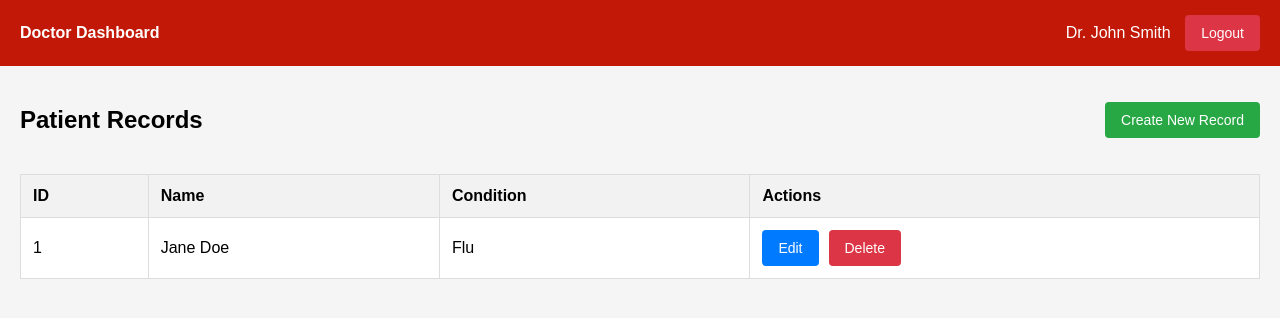
Repository: BinuriJ/HospitalSystem
Page: http://localhost/CyborgSys/DoctorDashboard.jsp
The author's editor kept a copy of each file at every save. The page is drawn from the files as they stood at one save, then again after a run of saves.
The browser window is 1280 px wide. The pictures show the whole page.
The page is served by Tomcat 9.

Above is the page before, as saved 2025-05-09 16:57:51.

### CyborgSys/WebContent/DoctorDashboard.jsp
<%@ page language="java" contentType="text/html; charset=UTF-8" pageEncoding="UTF-8"%>
<%@ include file="DocterDashboardstyles.jsp" %>
<!DOCTYPE html>
<html>
<head>
    <meta charset="UTF-8">
    <title>Doctor Dashboard</title>
</head>
<body>

<div class="top-bar">
    <div><strong>Doctor Dashboard</strong></div>
    <div>
        <span>Dr. John Smith</span>
        <button class="btn btn-delete" style="margin-left: 10px;">Logout</button>
    </div>
</div>

<div class="container">
    <div class="header">
        <h2>Patient Records</h2>
        <button class="btn btn-create">Create New Record</button>
    </div>

    <table>
        <thead>
            <tr>
                <th>ID</th>
                <th>Name</th>
                <th>Condition</th>
                <th>Actions</th>
            </tr>
        </thead>
        <tbody>
            <tr>
                <td>1</td>
                <td>Jane Doe</td>
                <td>Flu</td>
                <td>
                    <div class="actions">
                        <button class="btn btn-edit">Edit</button>
                        <button class="btn btn-delete">Delete</button>
                    </div>
                </td>
            </tr>
        </tbody>
    </table>
</div>

</body>
</html>

### CyborgSys/WebContent/DocterDashboardstyles.jsp
<style>
body {
    font-family: Arial, sans-serif;
    margin: 0;
    background-color: #f5f5f5;
}

.top-bar {
    background-color: #c21807;
    color: white;
    padding: 15px 20px;
    display: flex;
    justify-content: space-between;
    align-items: center;
}

.container {
    padding: 20px;
}

.header {
    display: flex;
    justify-content: space-between;
    align-items: center;
    margin-bottom: 20px;
}

.btn {
    padding: 10px 16px;
    border: none;
    border-radius: 4px;
    cursor: pointer;
    font-size: 14px;
}

.btn-create {
    background-color: #28a745;
    color: white;
}

.btn-edit {
    background-color: #007bff;
    color: white;
}

.btn-delete {
    background-color: #dc3545;
    color: white;
}

table {
    width: 100%;
    border-collapse: collapse;
    background-color: white;
}

th, td {
    border: 1px solid #ddd;
    padding: 12px;
    text-align: left;
}

th {
    background-color: #f2f2f2;
}

.actions {
    display: flex;
    gap: 10px;
}
</style>

After the next 2 saves:
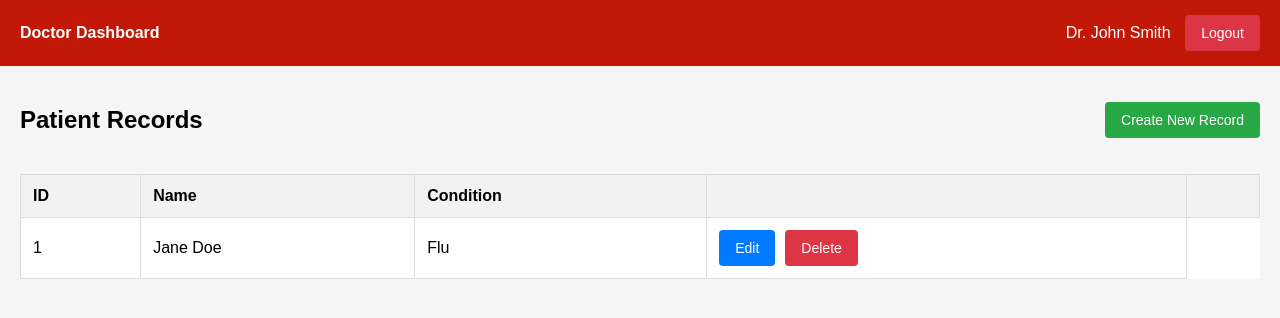
The 2 saves are shown as one change because they came seconds apart.
The last was saved 89 s later.
--- a/CyborgSys/WebContent/DoctorDashboard.jsp
+++ b/CyborgSys/WebContent/DoctorDashboard.jsp
@@ -28,7 +28,7 @@
                 <th>ID</th>
                 <th>Name</th>
                 <th>Condition</th>
-                <th>Actions</th>
+                <th><th>
             </tr>
         </thead>
         <tbody>
